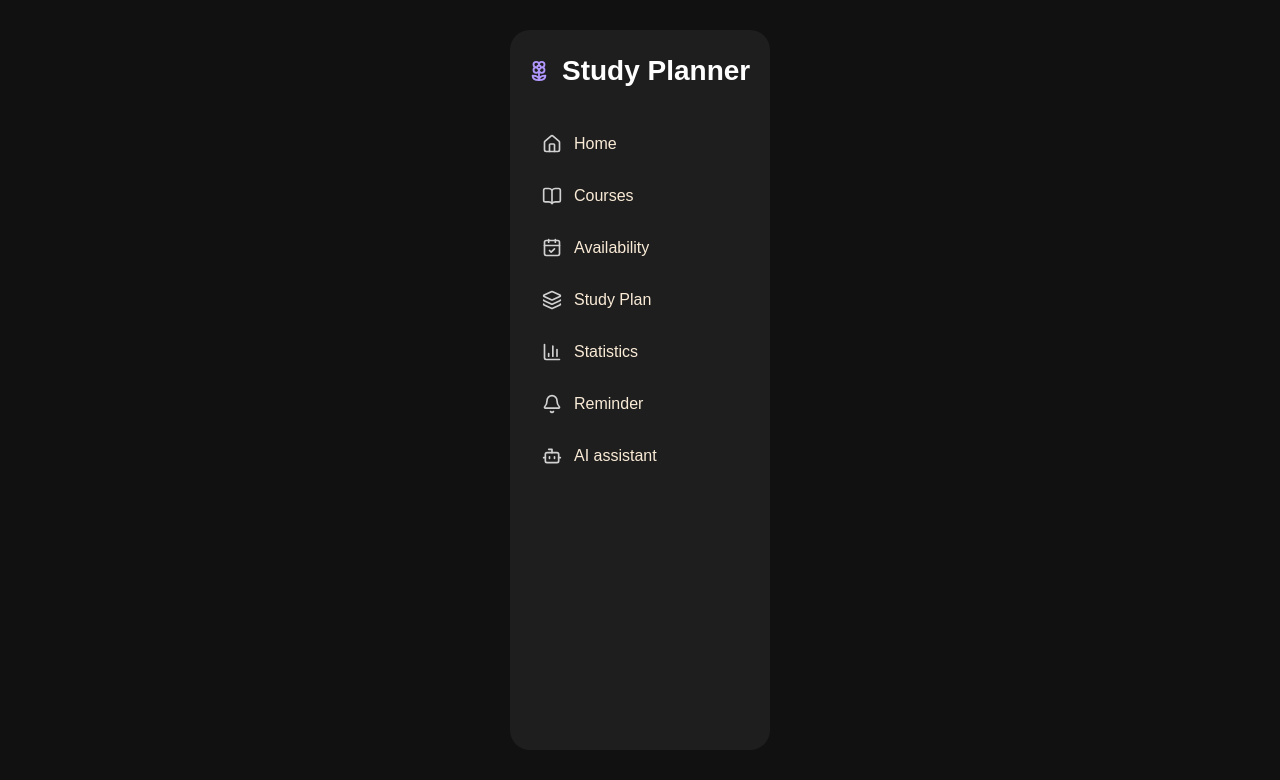
Repository: HaifaBaderBinDuhaim/web
Page: Frontend/sidebar.html
These files come from the project's save history. The page is drawn as it stood at one moment and after the next save; the edit follows.
The browser window is 1280 px wide. The pictures show the whole page.

Above is the page before, as saved 2026-04-08 06:00:00.

After the next save:
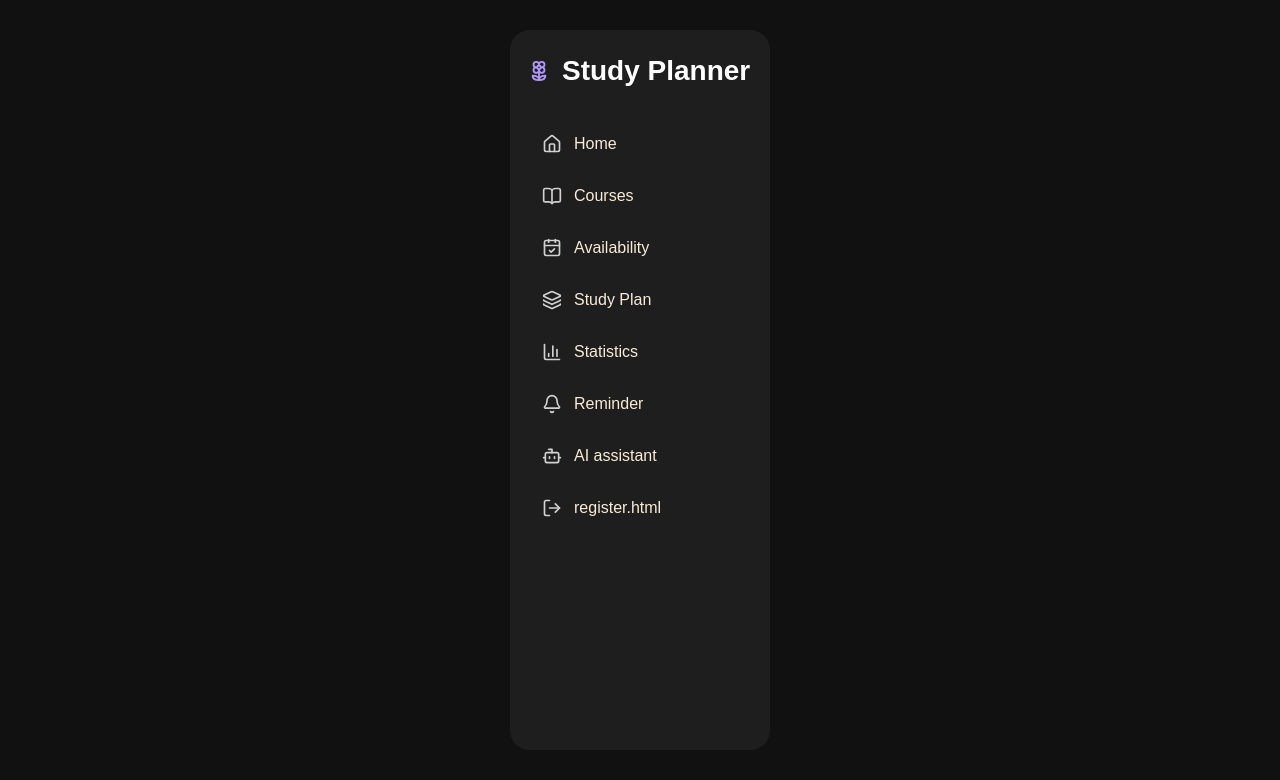
Saved 2 min 26 s later.
--- a/Frontend/sidebar.html
+++ b/Frontend/sidebar.html
@@ -55,6 +55,12 @@
           <i data-lucide="bot"></i>
           <a href="#" alt="AI" target="_blank" class="link">AI assistant</a>
         </div>
+        <div class="item">
+          <i data-lucide="log-out"></i>
+          <a href="#" alt="Logout" target="_blank" class="link"
+            >register.html</a
+          >
+        </div>
       </div>
     </div>
 
